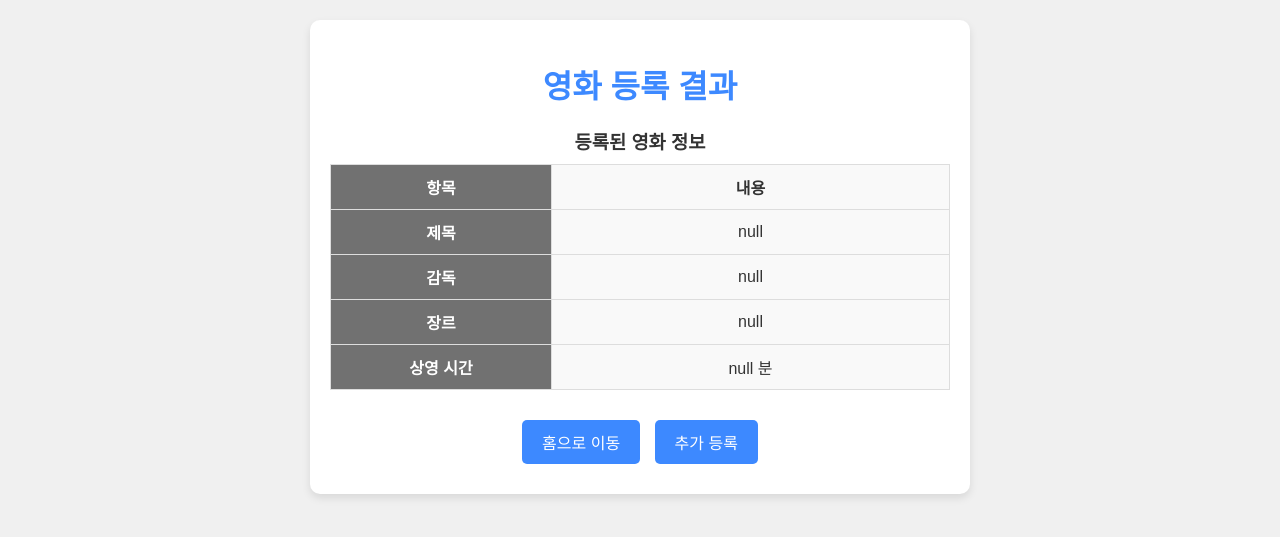
Repository: s00ngle/SSAFY-BE
Page: http://localhost/back_db_ws_01_2/regist_result.jsp
An editor plug-in stored every save of this project. The page is shown before and after the next save, followed by the edit.
The browser window is 1280 px wide. The pictures show the whole page.
The page is served by Tomcat 10. The template is opened directly, without the code that normally fills it, so the values that code supplies are empty.

Above is the page before, as saved 2024-09-24 04:28:37.

After the next save:
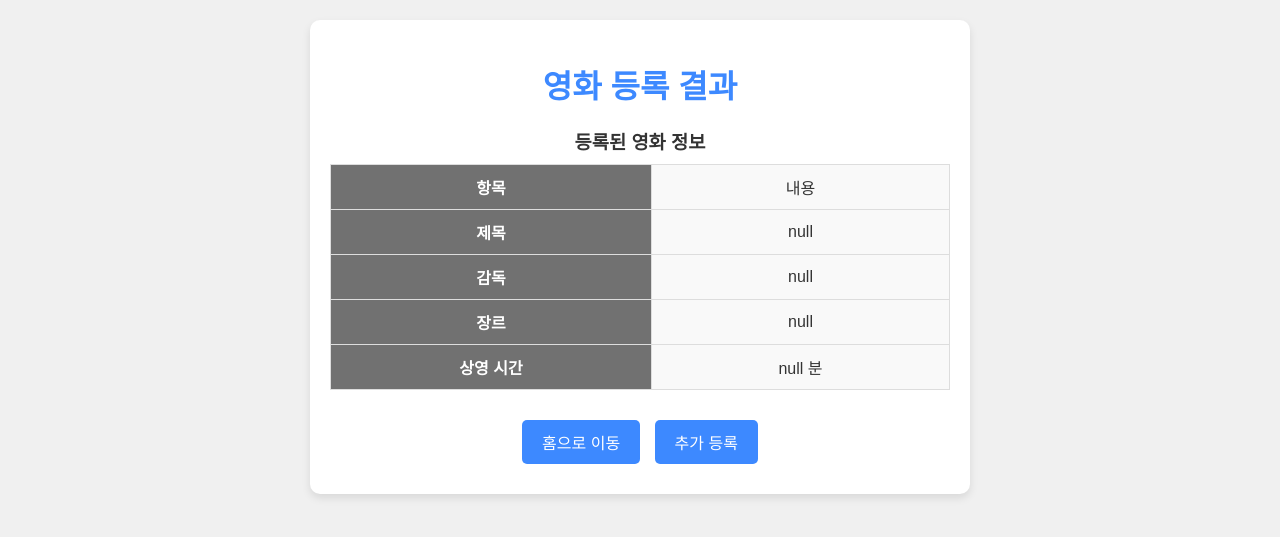
Saved 19 s later.
--- a/back_db_ws_01_2/src/main/webapp/regist_result.jsp
+++ b/back_db_ws_01_2/src/main/webapp/regist_result.jsp
@@ -49,7 +49,7 @@
         th {
             background-color: #717171;
             color: white;
-            width: 200px;
+            width: 300px;
         }
 
         td {
@@ -82,8 +82,8 @@
         <h3>등록된 영화 정보</h3>
         <table>
             <tr>
-                <th><b>항목</b></th>
-                <td><b>내용</b></td>
+                <th>항목</th>
+                <td>내용</td>
             </tr>
             <tr>
                 <th>제목</th>
